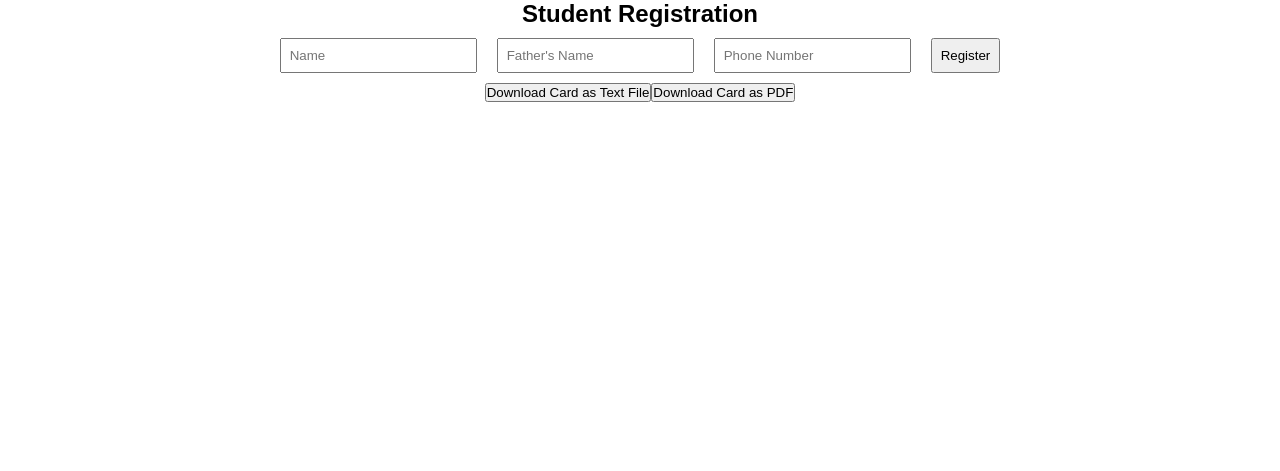
Repository: pripriya09/StudentID-Card-Download
Page: / (app in frontend/)
The author's editor kept a copy of each file at every save. The page is drawn from the files as they stood at one save, then again after a run of saves.
The browser window is 1280 px wide. The pictures show the whole page.
The project was rebuilt for these pictures with package versions that can differ from the ones it lists, and the page was loaded fresh each time. Also part of the build but not shown: frontend/vite.config.js.

Above is the page before, as saved 2025-01-07 11:43:23.

### frontend/src/main.jsx
import React from 'react'
import ReactDOM from 'react-dom/client'
// import App from './App'
// import './index.css'
import Form from './Form.jsx'
// import IDCardForm from './copy form/IDCardForm.jsx'

ReactDOM.createRoot(document.getElementById('root')).render(
  <React.StrictMode>
    {/* <App /> */}
    <Form/>
    {/* <IDCardForm/> */}
  </React.StrictMode>,
)

### frontend/src/Form.jsx
import React, { useState } from "react";
import axios from "axios";
import "./App.css";
import jsPDF from "jspdf";

const Form = () => {
  const [formData, setFormData] = useState({
    name: "",
    fatherName: "",
    phoneNumber: "",
  });
  const [studentData, setStudentData] = useState(null);

  const handleSubmit = async (e) => {
    e.preventDefault();

    try {
      const response = await axios.post(
        "http://localhost:6009/api/students",
        formData
      );
      const result = response.data;

      setStudentData({
        ...formData,
        registrationNumber: result.registrationNumber,
      });

      setFormData({
        name: "",
        fatherName: "",
        phoneNumber: "",
      });
    } catch (error) {
      console.error("Error sending data:", error);
    }
  };

  const handleChange = (e) => {
    setFormData({ ...formData, [e.target.name]: e.target.value });
  };

  const handleDownloadText = () => {
    if (studentData) {
      const fileData = `
        Name: ${studentData.name}
        Father's Name: ${studentData.fatherName}
        Phone Number: ${studentData.phoneNumber}
        Registration Number: ${studentData.registrationNumber}`;
      const blob = new Blob([fileData], { type: "text/plain" });

      const link = document.createElement("a");
      link.href = URL.createObjectURL(blob);
      link.download = `${studentData.registrationNumber}_ID_Card.txt`;
      link.click();
    }
  };

  const handleDownloadPDF = () => {
    if (studentData) {
      const pdf = new jsPDF();
      const studentInfo = `
        Student ID Card
        Name: ${studentData.name}
        Father's Name: ${studentData.fatherName}
        Phone: ${studentData.phoneNumber}
        Registration Number: ${studentData.registrationNumber}`;

      pdf.text(studentInfo, 10, 10);
      pdf.save(`${studentData.registrationNumber}_ID_Card.pdf`);
    }
  };

  return (
    <div className="App">
      <h2>Student Registration</h2>

      <form onSubmit={handleSubmit}>
        <input
          type="text"
          name="name"
          placeholder="Name"
          value={formData.name}
          onChange={handleChange}
          required
        />
        <input
          type="text"
          name="fatherName"
          placeholder="Father's Name"
          value={formData.fatherName}
          onChange={handleChange}
          required
        />
        <input
          type="tel"
          name="phoneNumber"
          placeholder="Phone Number"
          value={formData.phoneNumber}
          onChange={handleChange}
          required
        />
        <button type="submit">Register</button>
      </form>

      {studentData && (
        <div className="student_id">
          <div className="top_section">
            <div className="profile_photo">
              <img
                src="https://upload.wikimedia.org/wikipedia/commons/thumb/a/af/Arnold_Schwarzenegger_by_Gage_Skidmore_4.jpg/220px-Arnold_Schwarzenegger_by_Gage_Skidmore_4.jpg"
                alt="Profile Photo"
              />
            </div>
            <div className="student_name">
              <ul className="student_info">
                <li className="name">Name: {studentData.name}</li>
                <li className="name">
                  Father's Name: {studentData.fatherName}
                </li>
              </ul>
            </div>
          </div>

          <div className="bottom_section">
            <div className="student_details">
              <ul>
                <li>
                  <span className="bold">ID:</span>{" "}
                  {studentData.registrationNumber}
                </li>
              </ul>
            </div>
          </div>
        </div>
      )}
      <div className="buttons">
        <button onClick={handleDownloadText}>Download Card as Text File</button>
        <button onClick={handleDownloadPDF}>Download Card as PDF</button>
      </div>
    </div>
  );
};

export default Form;

### frontend/src/App.css
.App {
  text-align: center;
  font-family: Arial, sans-serif;
}

form input, form button {
  margin: 10px;
  padding: 8px;
}

* {
  font-family: sans-serif;
  padding: 0px;
  margin: 0px;
}

.container {
  position: absolute;
  top: 50%;
  left: 50%;
  transform: translate(-50%, -50%);
  background-color: #ECEFF1;
  width: 500px;
  height: 250px;
  border-radius: 10px;
  overflow: hidden;
  box-shadow: 2px 3px 6px #ccc;
}

.svg-background {
  width: 100%;
  height: 100%;
  position: absolute;
  top: 0;
  left: 0;
  background-color: #1E88E5;
  -webkit-clip-path: polygon(0 0, 14% 0, 48% 100%, 0% 100%);
  clip-path: polygon(0 0, 14% 0, 48% 100%, 0% 100%);
}

.svg-background2 {
  width: 100%;
  height: 100%;
  position: absolute;
  top: 0;
  left: 20px;
  background-color: rgba(0,0,0,0.12);
  z-index: -9;
  -webkit-clip-path: polygon(0 0, 14% 0, 48% 100%, 0% 100%);
  clip-path: polygon(0 0, 14% 0, 48% 100%, 0% 100%);
}

.profile-img {
  position: absolute;
  width: 150px;
  height: 150px;
  margin-top: 55px;
  margin-left: 40px;
  border-radius: 50%;
}

.circle {
  position: absolute;
  width: 162px;
  height: 161px;
  left: 0;
  top: 0;
  background-color: #ECEFF1;
  border-radius: 50%;
  margin-top: 50.5px;
  margin-left: 35px;
}

.text-container {
  position: absolute;
  left: 260px;
  margin-top: 25px;
  max-width: 280px;
}

.title-text {
  color: #263238;
  font-size: 28px;
  font-weight: 600;
  margin-top: 5px;
}

.info-text {
  margin-top: 10px;
  font-size: 18px;
  font-weight: 700;
  text-align: center;
  margin-bottom: 20px;
}

.desc-text {
  font-size: 14px;
  margin-top: 10px;
}

Loaded but not shown: frontend/index.html (common file)

After the next 2 saves:
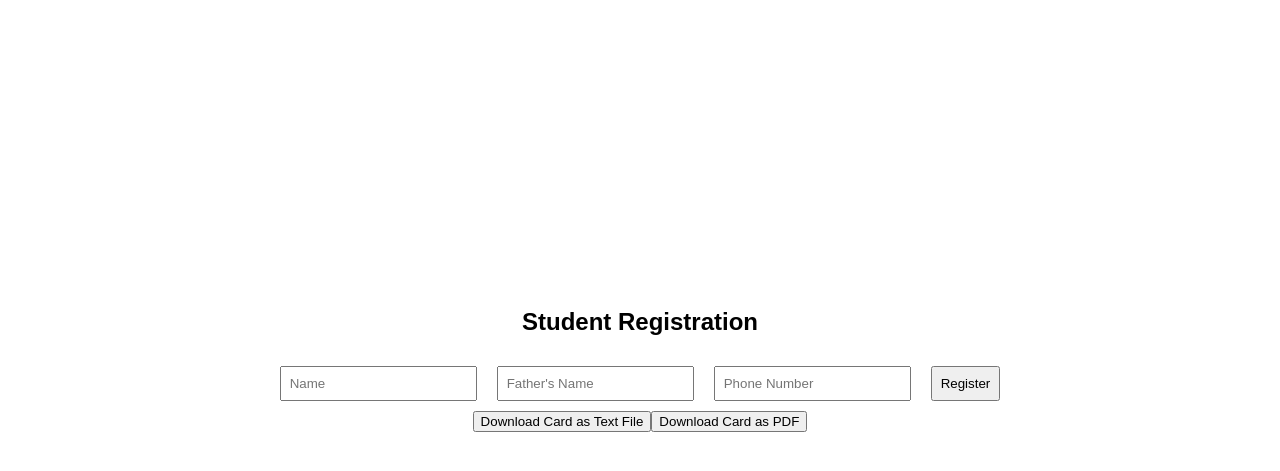
The 2 saves are shown as one change because they came seconds apart.
The last was saved 85 s later.
--- a/frontend/src/App.css
+++ b/frontend/src/App.css
@@ -8,92 +8,89 @@ form input, form button {
   padding: 8px;
 }
 
-* {
-  font-family: sans-serif;
-  padding: 0px;
-  margin: 0px;
+body {
+  font-family: Verdana, sans-serif;
+  display: flex;
+  justify-content: center;
+  align-items: center;
+  height: 100vh;
+  margin: 0;
 }
 
-.container {
-  position: absolute;
-  top: 50%;
-  left: 50%;
-  transform: translate(-50%, -50%);
-  background-color: #ECEFF1;
-  width: 500px;
-  height: 250px;
-  border-radius: 10px;
+
+.student_id {
+  width: 520px;
+  background-color: #fff;
+  border-radius: 25px;
   overflow: hidden;
-  box-shadow: 2px 3px 6px #ccc;
+  box-shadow: 1px 0px 0px #a9a39e, 0px 1px 0px #a9a39e,
+              2px 1px 0px #a9a39e, 1px 2px 0px #a9a39e,
+              3px 2px 0px #958b83, 2px 3px 0px #958b83,
+              4px 3px 0px #93867c, 3px 4px 0px #93867c,
+              5px 4px 0px #93867c, 4px 5px 0px #93867c;
 }
 
-.svg-background {
-  width: 100%;
-  height: 100%;
-  position: absolute;
-  top: 0;
-  left: 0;
-  background-color: #1E88E5;
-  -webkit-clip-path: polygon(0 0, 14% 0, 48% 100%, 0% 100%);
-  clip-path: polygon(0 0, 14% 0, 48% 100%, 0% 100%);
+
+.top_section {
+  display: flex;
+  padding: 30px;
+  background: linear-gradient(to right, #e84610, #ffffff);
+  color: white;
 }
 
-.svg-background2 {
-  width: 100%;
-  height: 100%;
-  position: absolute;
-  top: 0;
-  left: 20px;
-  background-color: rgba(0,0,0,0.12);
-  z-index: -9;
-  -webkit-clip-path: polygon(0 0, 14% 0, 48% 100%, 0% 100%);
-  clip-path: polygon(0 0, 14% 0, 48% 100%, 0% 100%);
+.profile_photo {
+  flex-shrink: 0;
 }
 
-.profile-img {
-  position: absolute;
-  width: 150px;
-  height: 150px;
-  margin-top: 55px;
-  margin-left: 40px;
+.profile_photo img {
+  width: 125px;
+  height: 125px;
   border-radius: 50%;
+  border: 2px solid #fff;
+  object-fit: cover;
 }
 
-.circle {
-  position: absolute;
-  width: 162px;
-  height: 161px;
-  left: 0;
-  top: 0;
-  background-color: #ECEFF1;
-  border-radius: 50%;
-  margin-top: 50.5px;
-  margin-left: 35px;
+.student_name {
+  margin-left: 20px;
+  display: flex;
+  flex-direction: column;
+  justify-content: center;
 }
 
-.text-container {
-  position: absolute;
-  left: 260px;
-  margin-top: 25px;
-  max-width: 280px;
+.student_info {
+  list-style: none;
+  padding: 0;
+  margin: 0;
 }
 
-.title-text {
-  color: #263238;
-  font-size: 28px;
-  font-weight: 600;
+.student_info .name {
+  font-size: 1.5em;
+  font-weight: bold;
+}
+.student_info .age {
+  font-size: 1.1em;
   margin-top: 5px;
 }
-
-.info-text {
-  margin-top: 10px;
-  font-size: 18px;
-  font-weight: 700;
-  text-align: center;
-  margin-bottom: 20px;
+.bottom_section {
+  padding: 30px;
 }
 
-.desc-text {
-  font-size: 14px;
+.student_details {
   margin-top: 10px;
 }
+
+.student_details ul {
+  list-style: none;
+  padding: 0;
+  margin: 0;
+}
+
+.student_details li {
+  margin-bottom: 10px;
+  font-size: 1.1em;
+  color: #555;
+}
+
+span {
+  font-weight: bold;
+}
